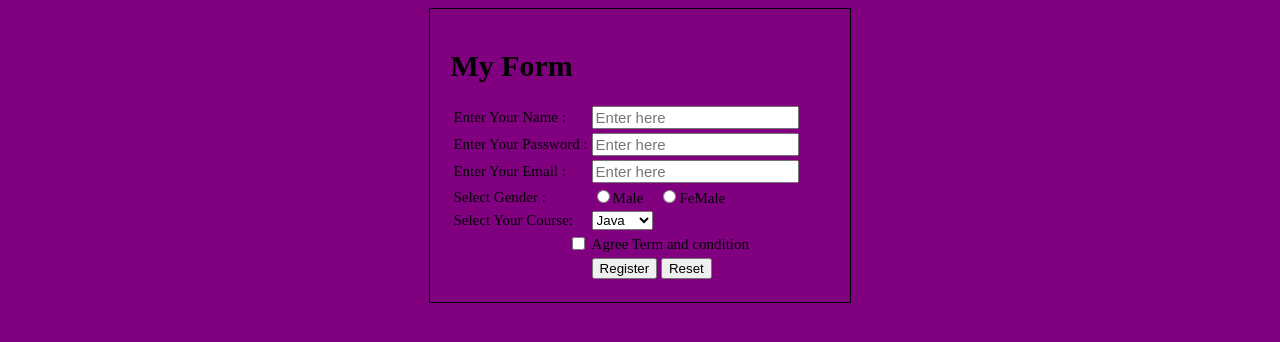
Repository: Kamleshmaury/CoreJava
Page: http://localhost/RegistrationForm/index.jsp
These files come from the project's save history. The page is drawn as it stood at one moment and after the next save; the edit follows.
The browser window is 1280 px wide. The pictures show the whole page.
The page is served by Tomcat 10.

Above is the page before, as saved 2022-10-18 11:46:26.

After the next save:
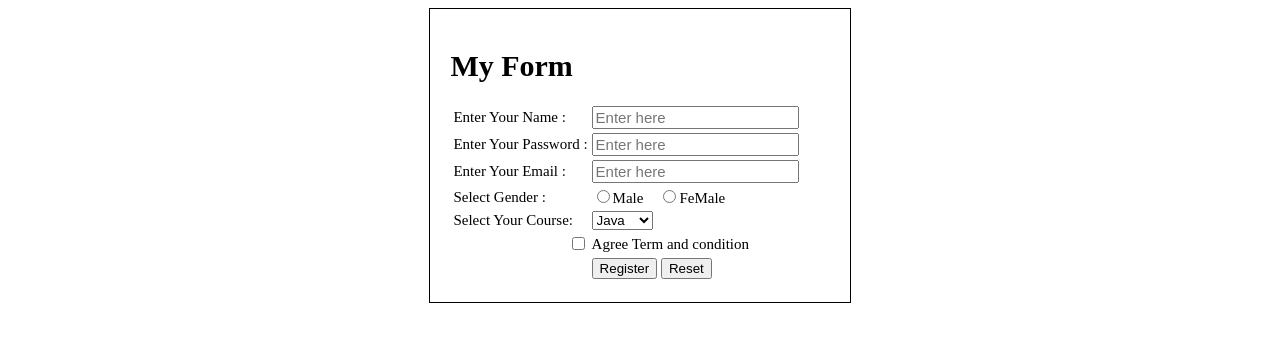
Saved 72 s later.
--- a/RegistrationForm/src/main/webapp/index.jsp
+++ b/RegistrationForm/src/main/webapp/index.jsp
@@ -17,10 +17,10 @@
 				font-size: 15px;
 
 			}
-		<!--	body {
+		/*	body {
 			background-color: purple;
 			}
-		-->
+		*/
 
 		</style>
 
